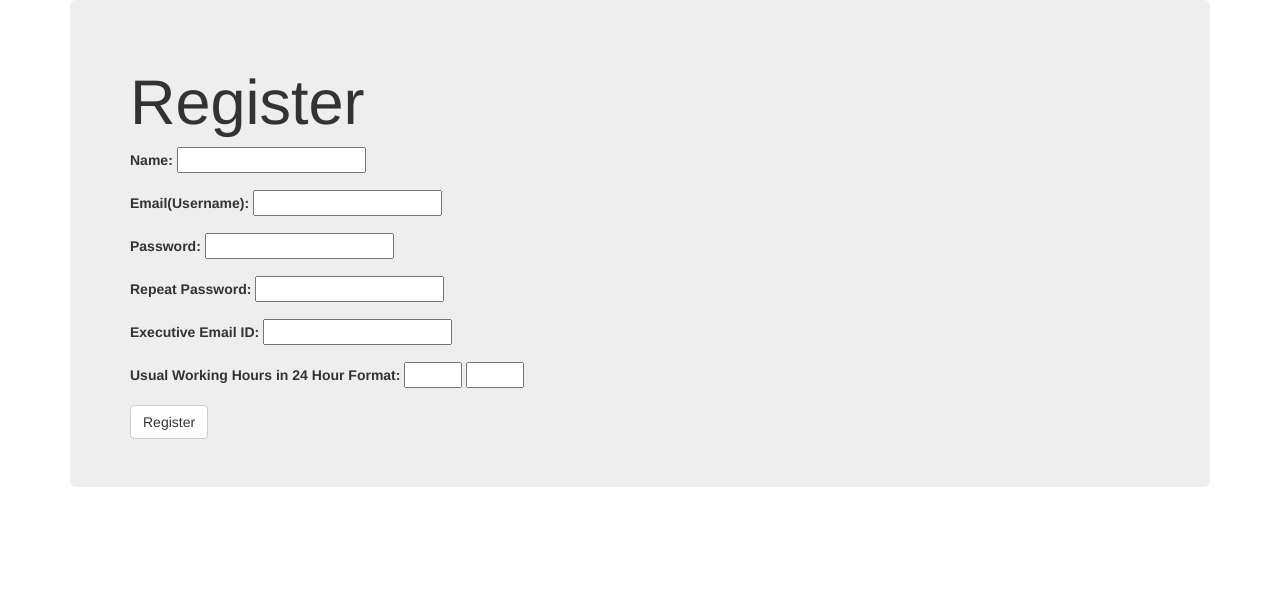
Repository: tjcomprocker/Time_Management_System
Page: http://localhost/register_secretary.php
The author's editor kept a record of every edit. The page is drawn from the files as they stood at one moment, then again after the next edit.
The browser window is 1280 px wide. The pictures show the whole page.
The page is run by PHP 8.4 with error messages shown; the project is at /var/www/html/.

Above is the page before.

### register_secretary.php
<!DOCTYPE html>
<html lang="en">
    <meta charset="utf-8">
    <head>
        <title>Register</title>
    </head>

    <link rel="stylesheet" href="https://maxcdn.bootstrapcdn.com/bootstrap/3.3.7/css/bootstrap.min.css">

    <body>
        <div class="container">
            <div class="jumbotron">
                <h1>Register</h1>
                <form action="register_secretary.php" method="post">

                    <div class="form-group">
                        <label for="name">Name:</label>
                        <input type="text" name="name" required>
                    </div>

                    <div class="form-group">
                        <label for="email">Email(Username):</label>
                        <input type="email" name="email" required>
                    </div>

                    <div class="form-group">
                        <label for="email">Password:</label>
                        <input type="password" name="password" required>
                    </div>


                    <div class="form-group">
                        <label for="email">Repeat Password:</label>
                        <input type="password" name="password2" required>
                    </div>

                    <div class="form-group">
                        <label for="executive_email_id">Executive Email ID:</label>
                        <input type="email" name="executive_email_id" required>
                    </div>

                    <div class="form-group">
                        <label for="ususal_hours">Usual Working Hours in 24 Hour Format:</label>
                        <input type="number" name="start_hour" min="0" max="23" placeholer="Start Hour" required>
                        <input type="number" name="end_hour" min="0" max="23" placeholer="End Hour" required>
                    </div>

                    <button type="submit" class="btn btn-default" name="submit">Register</button>
                </form>
            <div>
        </div>

        <?php

            function submit()
            {
                $link = mysqli_connect("localhost", "root", "", "TMS_DB");

                if($link === false)
                {
                    echo "<div class=\"alert alert-danger\"><strong>Error!</strong>Could not connect. ".mysqli_error($link)."</div>";
                    die("");
                }

                $link->query("CREATE TABLE IF NOT EXISTS users(email VARCHAR(150) NOT NULL PRIMARY KEY, name VARCHAR(100) NOT NULL, password VARCHAR(1024) NOT NULL, executive BOOLEAN NOT NULL DEFAULT 0, sec_email VARCHAR(150), start_hour SMALLINT, end_hour SMALLINT);");

                $email   = $link->real_escape_string($_POST['email']);
                $name    = $link->real_escape_string($_POST['name']);
                $password = $link->real_escape_string($_POST['password']);
                $password2 = $link->real_escape_string($_POST['password2']);
                $executive_flag = 0;
                $executive_email = $link->real_escape_string($_POST['executive_email_id']);
                $start_hour = $link->real_escape_string($_POST['start_hour']);
                $end_hour = $link->real_escape_string($_POST['end_hour']);


                $query   = "SELCT * from users WHERE email = \"" .$executive_email . "\";";

                $result = mysqli_query($link,$query);

                $num_rows = mysqli_num_rows($result);
                if ($num_rows != 1)
                {
                    echo "<div class=\"alert alert-danger\"><strong>Error!</strong>The executive ID entered does not exist.</div>";
                    die("");
                }


                if ($password != $password2)
                {
                    echo "<div class=\"alert alert-danger\"><strong>Error!</strong>Both Passwords don't match.</div>";
                    die("");

                }
                else if (start_hour < end_hour)
                {
                    echo "<div class=\"alert alert-danger\"><strong>Error!</strong>Please enter appropriate hours.</div>";
                    die("");
                }
                else
                {

                    $query   = "INSERT into users VALUES('" . $email . "','" . $name . "','" . $password . "','" . $executive_flag . "','" . $executive_email . "','" . $start_hour . "','" . $end_hour. "');";
                    $success = $link->query($query);

                    if (!$success)
                    {
                        echo "<div class=\"alert alert-danger\"><strong>Error!</strong>Couldn't enter data: ".$link->error."</div>";
                        die("");
                    }

                }
                $link->close();
                header("Location: login.php");
                exit();
            }

            if(isset($_POST['submit']))
            {
                submit();
            }

        ?>
    </body>
</html>

After the next edit:
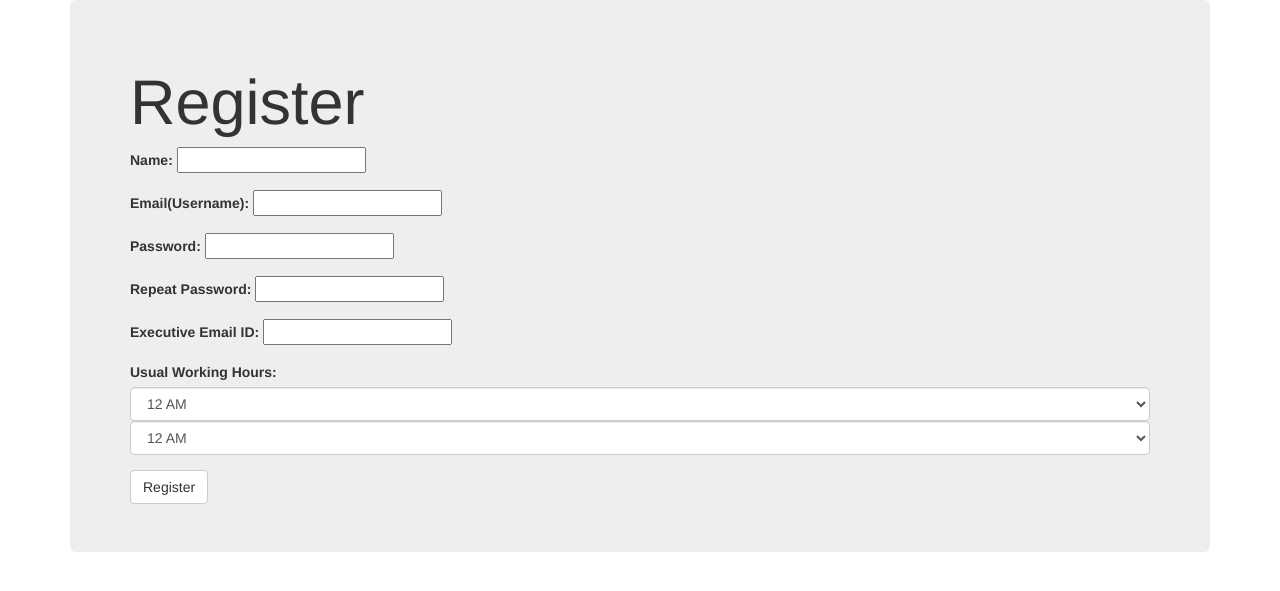
The edit:
--- a/register_secretary.php
+++ b/register_secretary.php
@@ -40,9 +40,59 @@
                     </div>
 
                     <div class="form-group">
-                        <label for="ususal_hours">Usual Working Hours in 24 Hour Format:</label>
-                        <input type="number" name="start_hour" min="0" max="23" placeholer="Start Hour" required>
-                        <input type="number" name="end_hour" min="0" max="23" placeholer="End Hour" required>
+                        <label for="ususal_hours">Usual Working Hours:</label>
+                        <select name="start_hour" class="form-control" placeholder="start_hour" required>
+                            <option value="0">12 AM</option>
+                            <option value="1">1 AM</option>
+                            <option value="2">2 AM</option>
+                            <option value="3">3 AM</option>
+                            <option value="4">4 AM</option>
+                            <option value="5">5 AM</option>
+                            <option value="6">6 AM</option>
+                            <option value="7">7 AM</option>
+                            <option value="8">8 AM</option>
+                            <option value="9">9 AM</option>
+                            <option value="10">10 AM</option>
+                            <option value="11">11 AM</option>
+                            <option value="12">12 PM</option>
+                            <option value="13">1 PM</option>
+                            <option value="14">2 PM</option>
+                            <option value="15">3 PM</option>
+                            <option value="16">4 PM</option>
+                            <option value="17">5 PM</option>
+                            <option value="18">6 PM</option>
+                            <option value="19">7 PM</option>
+                            <option value="20">8 PM</option>
+                            <option value="21">9 PM</option>
+                            <option value="22">10 PM</option>
+                            <option value="23">11 PM</option>
+                        </select>
+                        <select name="end_hour" class="form-control" placeholder="end_hour" required>
+                            <option value="0">12 AM</option>
+                            <option value="1">1 AM</option>
+                            <option value="2">2 AM</option>
+                            <option value="3">3 AM</option>
+                            <option value="4">4 AM</option>
+                            <option value="5">5 AM</option>
+                            <option value="6">6 AM</option>
+                            <option value="7">7 AM</option>
+                            <option value="8">8 AM</option>
+                            <option value="9">9 AM</option>
+                            <option value="10">10 AM</option>
+                            <option value="11">11 AM</option>
+                            <option value="12">12 PM</option>
+                            <option value="13">1 PM</option>
+                            <option value="14">2 PM</option>
+                            <option value="15">3 PM</option>
+                            <option value="16">4 PM</option>
+                            <option value="17">5 PM</option>
+                            <option value="18">6 PM</option>
+                            <option value="19">7 PM</option>
+                            <option value="20">8 PM</option>
+                            <option value="21">9 PM</option>
+                            <option value="22">10 PM</option>
+                            <option value="23">11 PM</option>
+                        </select>
                     </div>
 
                     <button type="submit" class="btn btn-default" name="submit">Register</button>
